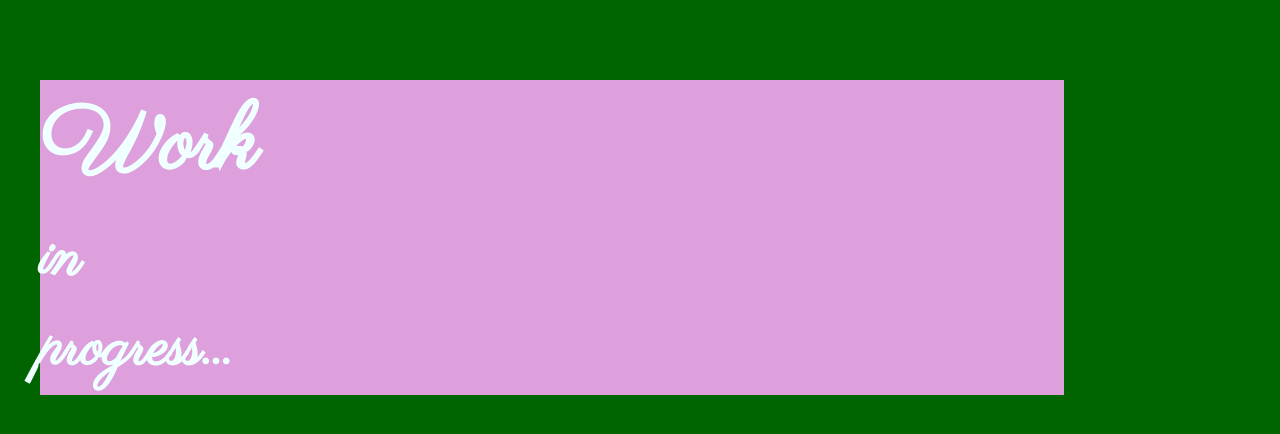
Repository: NollieChtn6/NollieChtn6.github.io
Page: index.html
An editor plug-in stored every save of this project. The page is shown before and after the next save, followed by the edit.
The browser window is 1280 px wide. The pictures show the whole page.

Above is the page before, as saved 2023-11-10 18:04:42.

After the next save:
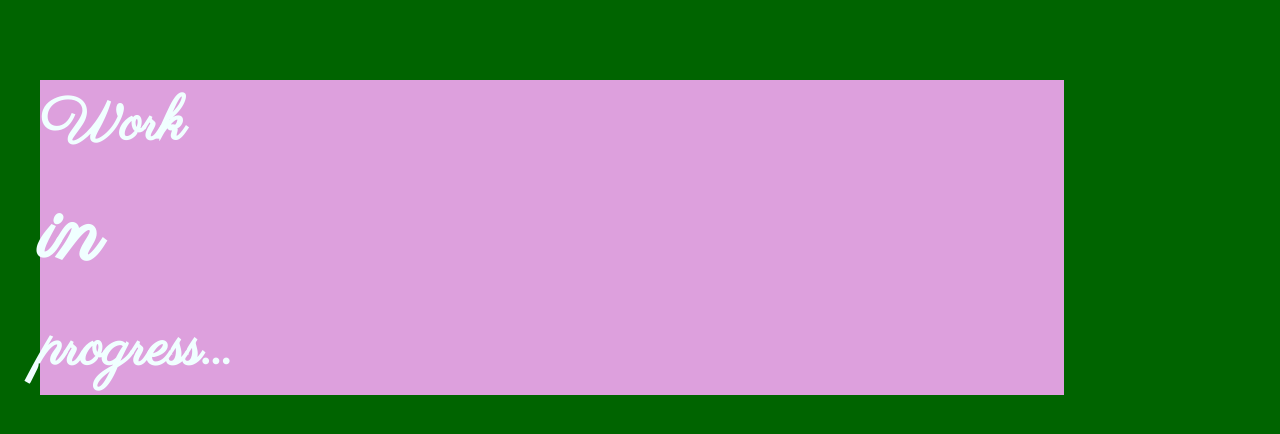
Saved 5 s later.
--- a/css/style.css
+++ b/css/style.css
@@ -65,6 +65,6 @@ h1 {
 
 }
 
-.main__title--level-1 {
+.main__title--level-2 {
   font-size: 1.5em;
 }
